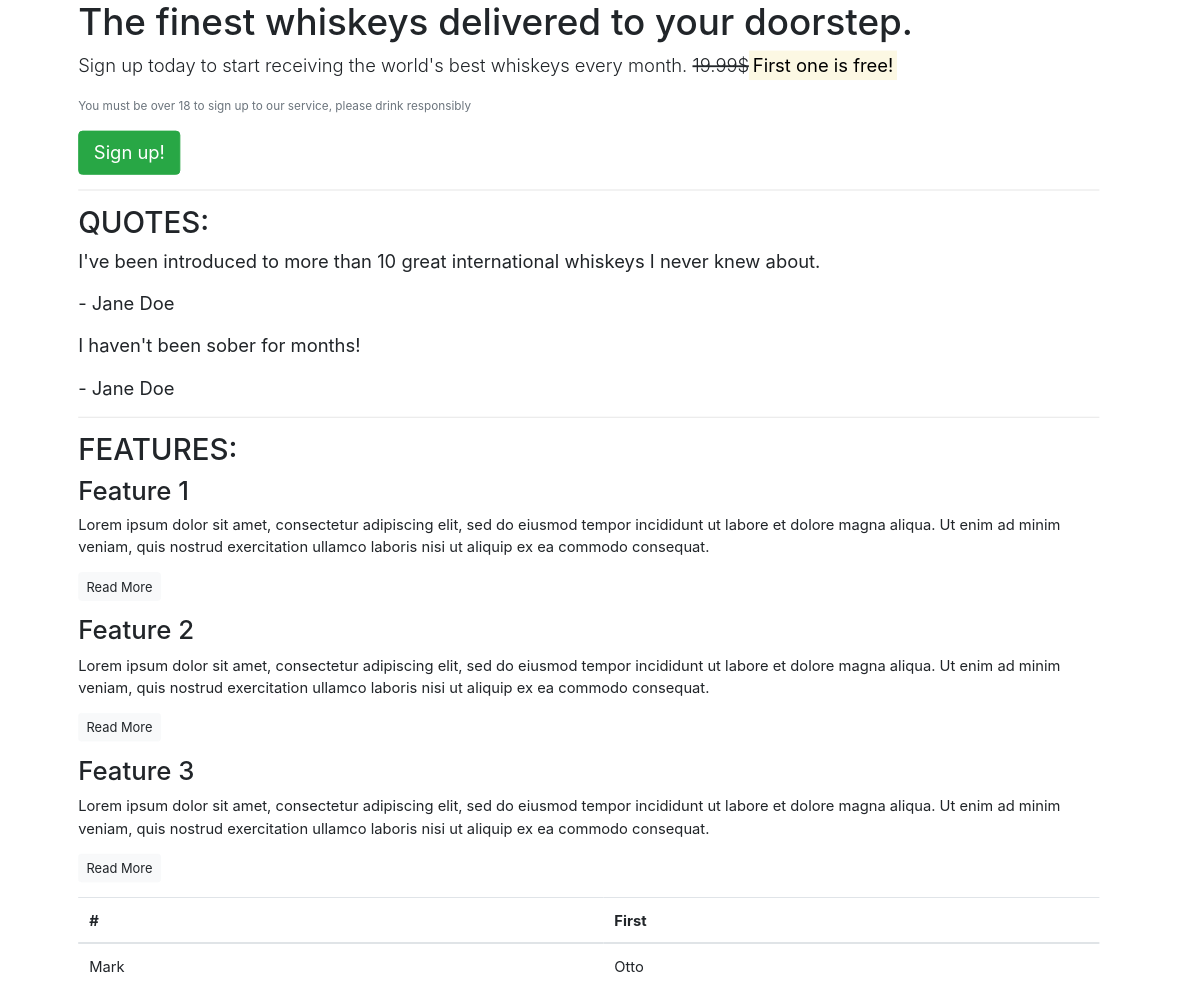
Repository: cipsim/bootstrap2.0
Page: index.html
The author's editor kept a record of every edit. The page is drawn from the files as they stood at one moment, then again after the next edit.
The browser window is 1280 px wide. The pictures show the whole page, at 92% of full size.

Above is the page before.

After the next edit:
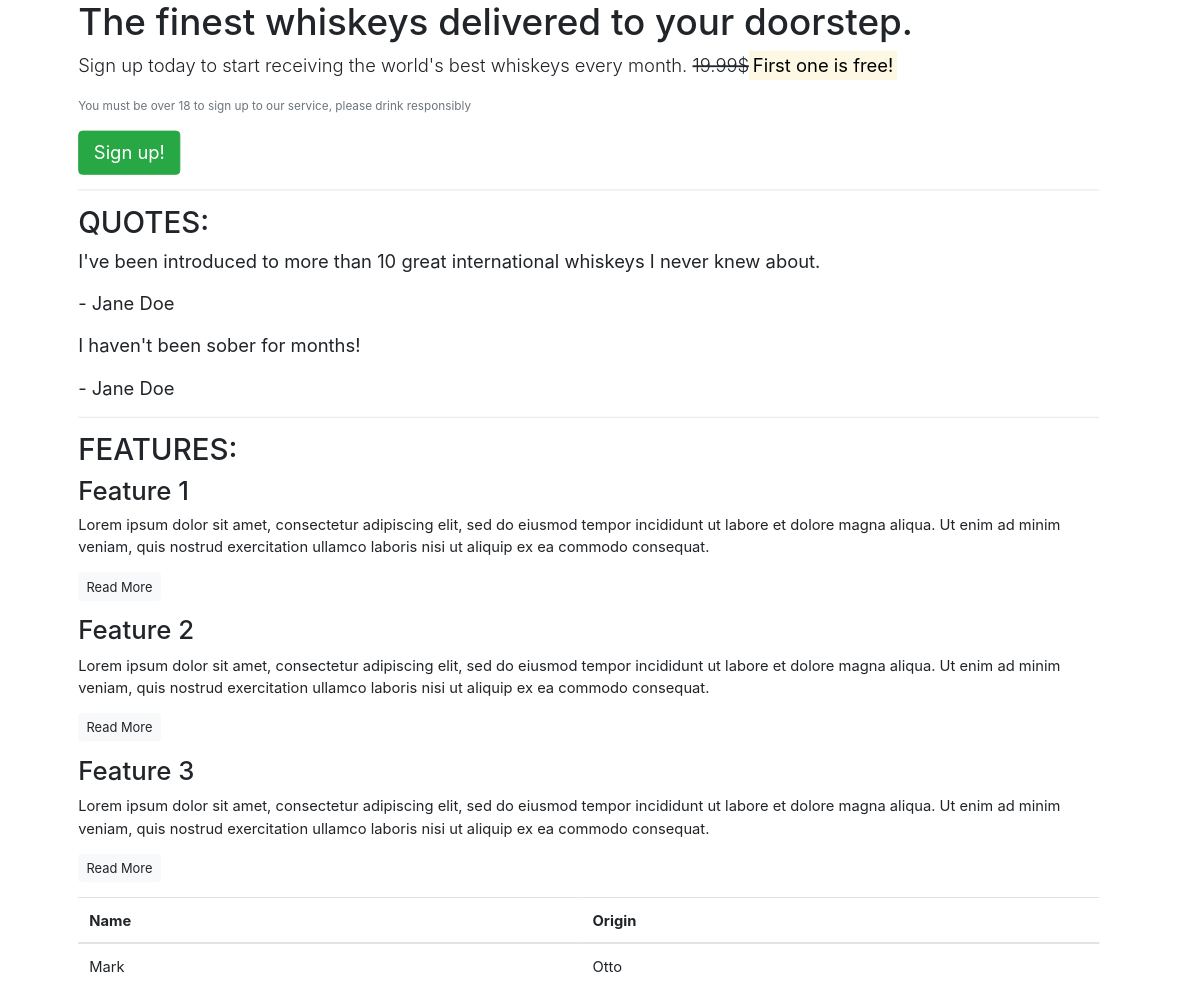
The edit:
--- a/index.html
+++ b/index.html
@@ -61,8 +61,8 @@
             <table class="table">
   <thead>
     <tr>
-      <th scope="col">#</th>
-      <th scope="col">First</th>
+      <th scope="col">Name</th>
+      <th scope="col">Origin</th>
        </tr>
           </thead>
           <tbody>
